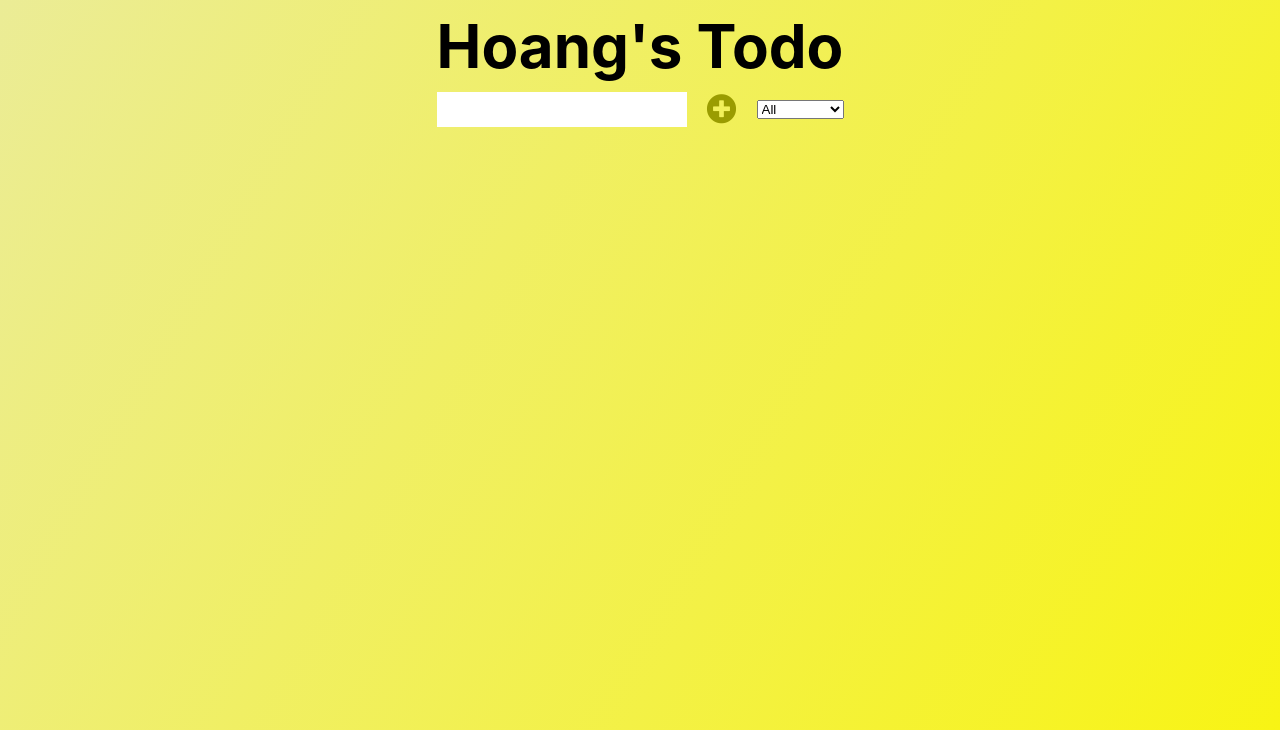
Repository: DinhHoang0607/TodoReact
Page: /
An editor plug-in stored every save of this project. The page is shown before and after a run of saves, followed by the edit.
The browser window is 1280 px wide. The pictures show the whole page.
The pointer rests on the first visible `.form__btn`.
Some web libraries are served in a nearby version. The project was rebuilt for these pictures with package versions that can differ from the ones it lists, and the page was loaded fresh each time.

Above is the page before, as saved 2021-09-09 23:42:39.

After the next 4 saves:
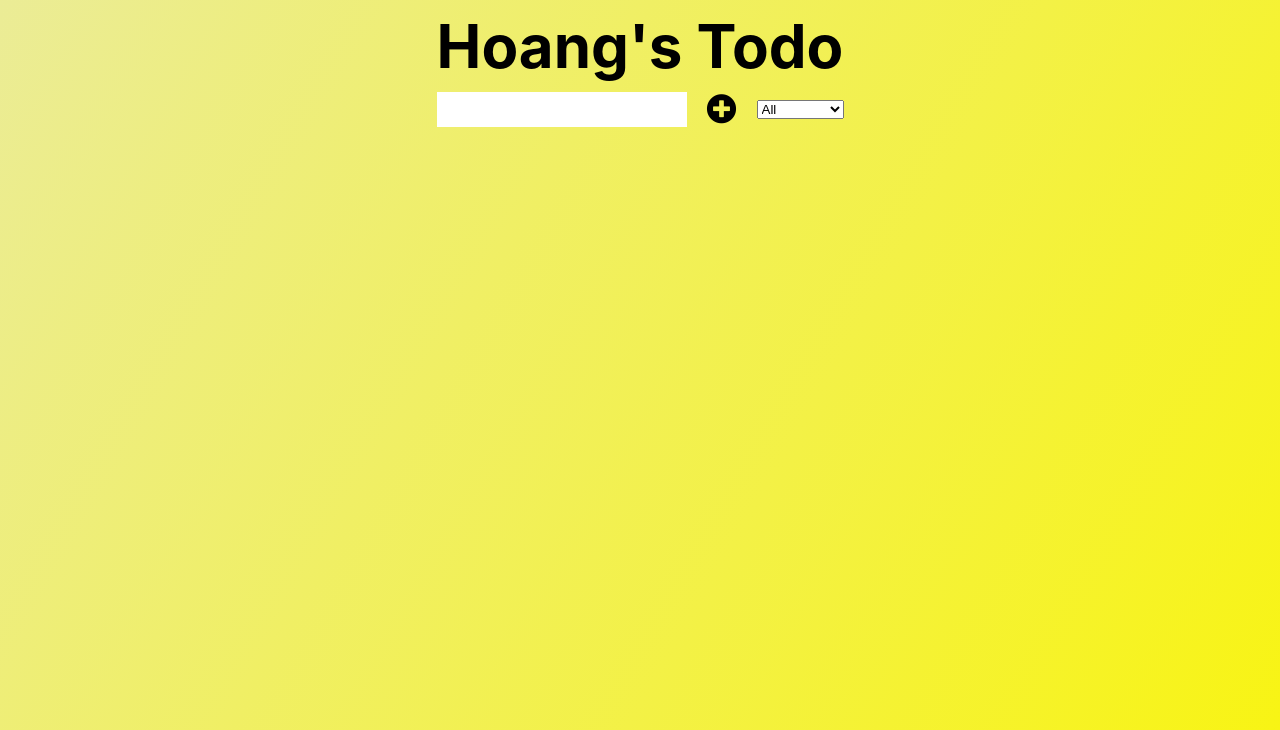
The 4 saves are shown as one change because they came seconds apart.
The last was saved 10 s later.
--- a/src/App.css
+++ b/src/App.css
@@ -44,5 +44,5 @@ form {
   background: none;
 }
 .form__btn:hover{
-
+  color:black
 }
